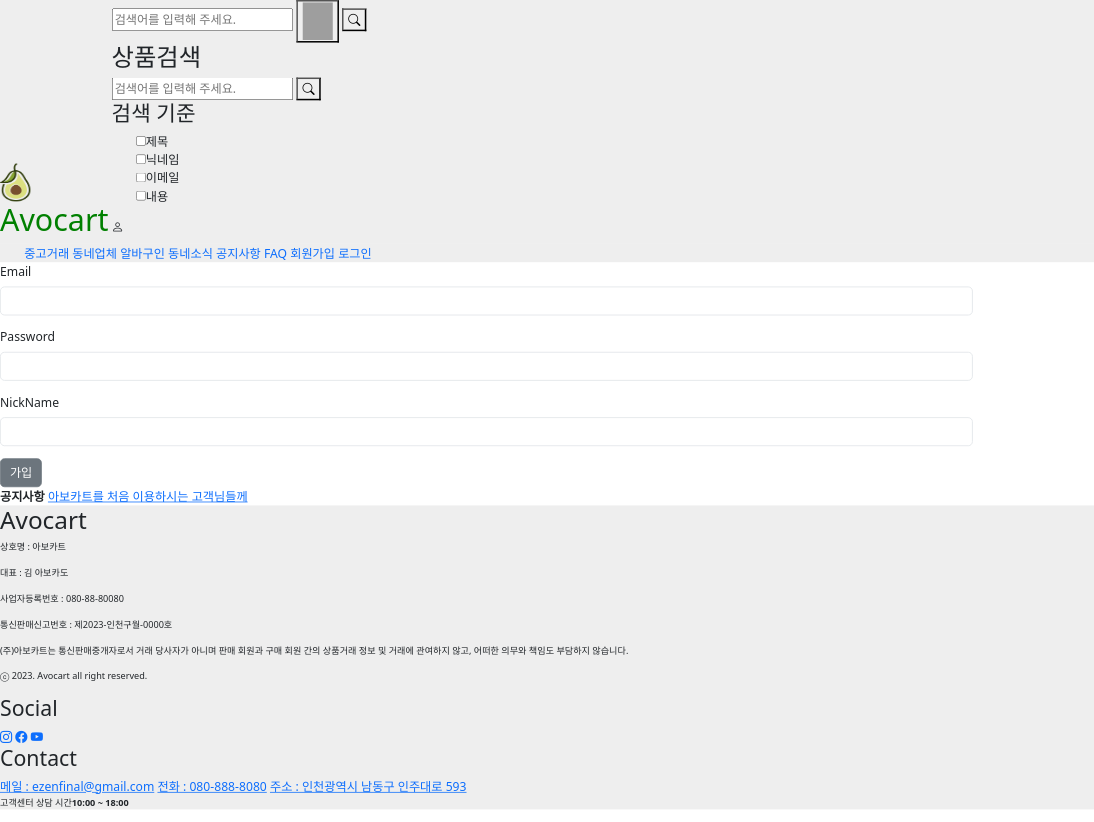
Repository: kimms0311/finalProject
Page: http://localhost/finalProject/WEB-INF/views/member/register.jsp
The author's editor kept a copy of each file at every save. The page is drawn from the files as they stood at one save, then again after the next save.
The browser window is 1280 px wide. The page is 1440 px wide, so the pictures cover 1440 px, including what lies to the right of the window. The pictures show the whole page, at 76% of full size.
Pictures or frames that could not be fetched are drawn as grey boxes. The page is served by Tomcat 9. Nobody is signed in. Other server files are loaded and not shown. The template is opened directly, without the code that normally fills it, so the values that code supplies are empty.

Above is the page before, as saved 2023-11-23 08:10:50.

### finalProject/src/main/webapp/WEB-INF/views/member/register.jsp
<%@ page language="java" contentType="text/html; charset=UTF-8"
    pageEncoding="UTF-8"%>
<%@ taglib uri="http://java.sun.com/jsp/jstl/core" prefix="c" %>
<!DOCTYPE html>
<html>
<head>
<meta charset="UTF-8">
<title>member register</title>
</head>
<body>
<jsp:include page="../common/header.jsp" />

<form action="/member/register" method="post">
	<div class="mb-3">
	  <label for="e" class="form-label">Email</label>
	  <input type="email" class="form-control" name="memEmail" id="e">
	</div>
	<div class="mb-3">
	  <label for="p" class="form-label">Password</label>
	  <input type="password" class="form-control" name="memPw" id="p">
	</div>
	<div class="mb-3">
	  <label for="n" class="form-label">NickName</label>
	  <input type="text" class="form-control" name="memNick" id="n">
	</div>

	<button type="submit" class="btn btn-secondary">가입</button>
</form>

<jsp:include page="../common/footer.jsp" />
</body>
</html>

### finalProject/src/main/webapp/WEB-INF/views/common/header.jsp
<%@ page language="java" contentType="text/html; charset=UTF-8"
    pageEncoding="UTF-8"%>
<%@ taglib uri="http://java.sun.com/jsp/jstl/core" prefix="c"%>
<%@ taglib uri="http://www.springframework.org/security/tags" prefix="sec" %>
<!DOCTYPE html>
<html>
<head>
<meta charset="UTF-8">
<title>Insert title here</title>
<link rel="stylesheet" href="../resources/css/page.css">
<link href="https://cdn.jsdelivr.net/npm/bootstrap@5.3.1/dist/css/bootstrap.min.css" rel="stylesheet" integrity="sha384-4bw+/aepP/YC94hEpVNVgiZdgIC5+VKNBQNGCHeKRQN+PtmoHDEXuppvnDJzQIu9" crossorigin="anonymous">
<script src="https://cdn.jsdelivr.net/npm/bootstrap@5.3.1/dist/js/bootstrap.bundle.min.js" integrity="sha384-HwwvtgBNo3bZJJLYd8oVXjrBZt8cqVSpeBNS5n7C8IVInixGAoxmnlMuBnhbgrkm" crossorigin="anonymous"></script>
<link rel="stylesheet" href="https://cdn.jsdelivr.net/npm/bootstrap-icons@1.10.5/font/bootstrap-icons.css">
</head>
<body>

<div class="headerContainer">
   <header>
      <div class="logoSec">
         <img alt="logo" src="../resources/image/avocartLogo.png">
         <h1><a href="/">Avocart</a></h1>
      </div>
      <div class="searchSec">
         <form action="/common/search" method="post">
            <input type="search" id="searchInput" placeholder="검색어를 입력해 주세요.">
            <button type="button"><img width="24" height="24" src="https://img.icons8.com/plumpy/24/macos-close.png" alt="macos-close"/></button>
            <button type="button" class="openMenu">
               <i class="bi bi-search"></i>
            </button>
            <div class="searchMenu off">
               <h2>상품검색</h2>
               <input type="search" id="keyword" name="keyword" placeholder="검색어를 입력해 주세요.">
               <button type="submit">
                  <i class="bi bi-search"></i>
               </button>
               <h3>검색 기준</h3>
               <ul>
                  <li><input type="checkbox" name="srcCondit" id="ck_title" value="title"><label for="ck_title">제목</label></li>
                  <li><input type="checkbox" name="srcCondit" id="ck_nickname" value="nickname"><label for="ck_nickname">닉네임</label></li>
                  <li><input type="checkbox" name="srcCondit" id="ck_email" value="email"><label for="ck_email">이메일</label></li>
                  <li><input type="checkbox" name="srcCondit" id="ck_content" value="content"><label for="ck_content">내용</label></li>
               </ul>
               <!-- <h3>게시판 선택</h3>
               <ul>
                  <li><input type="checkbox" name="srcCondit" id="title" value="title"><label for="title">제목</label></li>
                  <li><input type="checkbox" name="srcCondit" id="nickname" value="nickname"><label for="nickname">닉네임</label></li>
                  <li><input type="checkbox" name="srcCondit" id="email" value="email"><label for="email">이메일</label></li>
                  <li><input type="checkbox" name="srcCondit" id="content" value="content"><label for="content">내용</label></li>
               </ul> -->
               <!-- <button type="button" id="checkCondit">확인</button> -->
            </div>
         </form>
         <i id="my" class="bi bi-person"></i>
         <!-- 로그인 후 오픈되어야 할 메뉴 -->
         <sec:authorize access="isAuthenticated()">
           <sec:authentication property="principal.mvo.memEmail" var="authEmail" />
            <div id="myMenu" class="off">
               <ul>
                  <li><a href="/hmember/detail?memEmail=${authEmail }">마이페이지</a></li>
                  <li><a href="#" id="logoutLink">로그아웃</a></li>
                  <form action="/member/logout" method="post" id="logoutForm">
                       <input type="hidden" name="memEmail" value="${authEmail }">
                  </form>
               </ul>
            </div>
         </sec:authorize>
      </div>
   </header>
   <nav>
      <ul>
         <li><a href="/joongo/list">중고거래</a></li>
         <li><a href="/store/list">동네업체</a></li>
         <li><a href="/job/list">알바구인</a></li>
         <li><a href="/community/list">동네소식</a></li>
         <li><a href="#">공지사항</a></li>
         <li><a href="#">FAQ</a></li>

           <!-- 로그인 전 오픈되어야 할 메뉴 -->
         <sec:authorize access="isAnonymous()">
            <li><a href="/member/register">회원가입</a></li>
            <li><a href="/member/login">로그인</a></li>
         </sec:authorize>
      </ul>
   </nav>
</div>

<script type="text/javascript" src="/resources/js/header.js"></script>
</body>
</html>

### finalProject/src/main/webapp/WEB-INF/views/common/footer.jsp
<%@ page language="java" contentType="text/html; charset=UTF-8"
    pageEncoding="UTF-8"%>
<!DOCTYPE html>
<html>
<head>
<meta charset="UTF-8">
<title>Insert title here</title>
</head>
<body>
<footer>
	<section class="infoSec">
		<div>
			<b>공지사항</b>
			<a href="#">아보카트를 처음 이용하시는 고객님들께</a>
		</div>
	</section>
	<div class="footerContainer">
		<div class="mainSec">
			<h2>Avocart</h2>
			<p>상호명 : 아보카트</p>
			<p>대표 : 김 아보카도</p>
			<p>사업자등록번호 : 080-88-80080</p>
			<p>통신판매신고번호 : 제2023-인천구월-0000호</p>
			<p>(주)아보카트는 통신판매중개자로서 거래 당사자가 아니며 판매 회원과 구매 회원 간의 상품거래 정보 및 거래에 관여하지 않고, 어떠한 의무와 책임도 부담하지 않습니다.</p>
			<p>ⓒ 2023. Avocart all right reserved.</p>
		</div>
		<div class="socialSec">
			<h3>Social</h3>
			<a href="#"><i class="bi bi-instagram"></i></a>
			<a href="#"><i class="bi bi-facebook"></i></a>
			<a href="#"><i class="bi bi-youtube"></i></a>
		</div>
		<div class="contactSec">
			<h3>Contact</h3>
			<a href="mailto:ezenFinal@gmail.com">메일 : ezenfinal@gmail.com</a>
			<a href="tel:080-888-8080">전화 : 080-888-8080</a>
			<a href="https://kko.to/k2pByw0PdA" target="_blank">주소 : 인천광역시 남동구 인주대로 593</a>
			<p>고객센터 상담 시간<b>10:00 ~ 18:00</b></p>
		</div>
	</div>
</footer>
</body>
</html>

### finalProject/src/main/webapp/resources/css/page.css
@import url("reset.css");
@import url("global.css");

### finalProject/src/main/webapp/resources/css/global.css
.headerContainer{
}
header{
	width: 1440px;
	margin: 0 auto;
	background-color: #eeeeee;
}
header>*{
	display: inline-block;
}
header img{
	width: 40px;
	height: 50px;
}
header h1 a{
	text-decoration: none;
	color: green;
}
nav{
	width: 1440px;
	margin: 0 auto;
	background-color: #eeeeee;

}
nav ul{
	display: inline;
}
nav ul li{
	display: inline-block;
}
nav ul li a{
	text-decoration: none;

}


.bodyContainer{
	margin: 0 auto;
	width: 1440px;
}

footer .footerContainer{
	margin: 0 auto;
	width: 1440px;
	background-color: #eeeeee;

}

footer{
}
footer p{
	display: block;
	font-size: 12px;
}

Loaded but not shown: finalProject/src/main/webapp/resources/css/reset.css (common file); finalProject/src/main/webapp/resources/js/header.js (no copy from this time; the picture is the same without it)

After the next save:
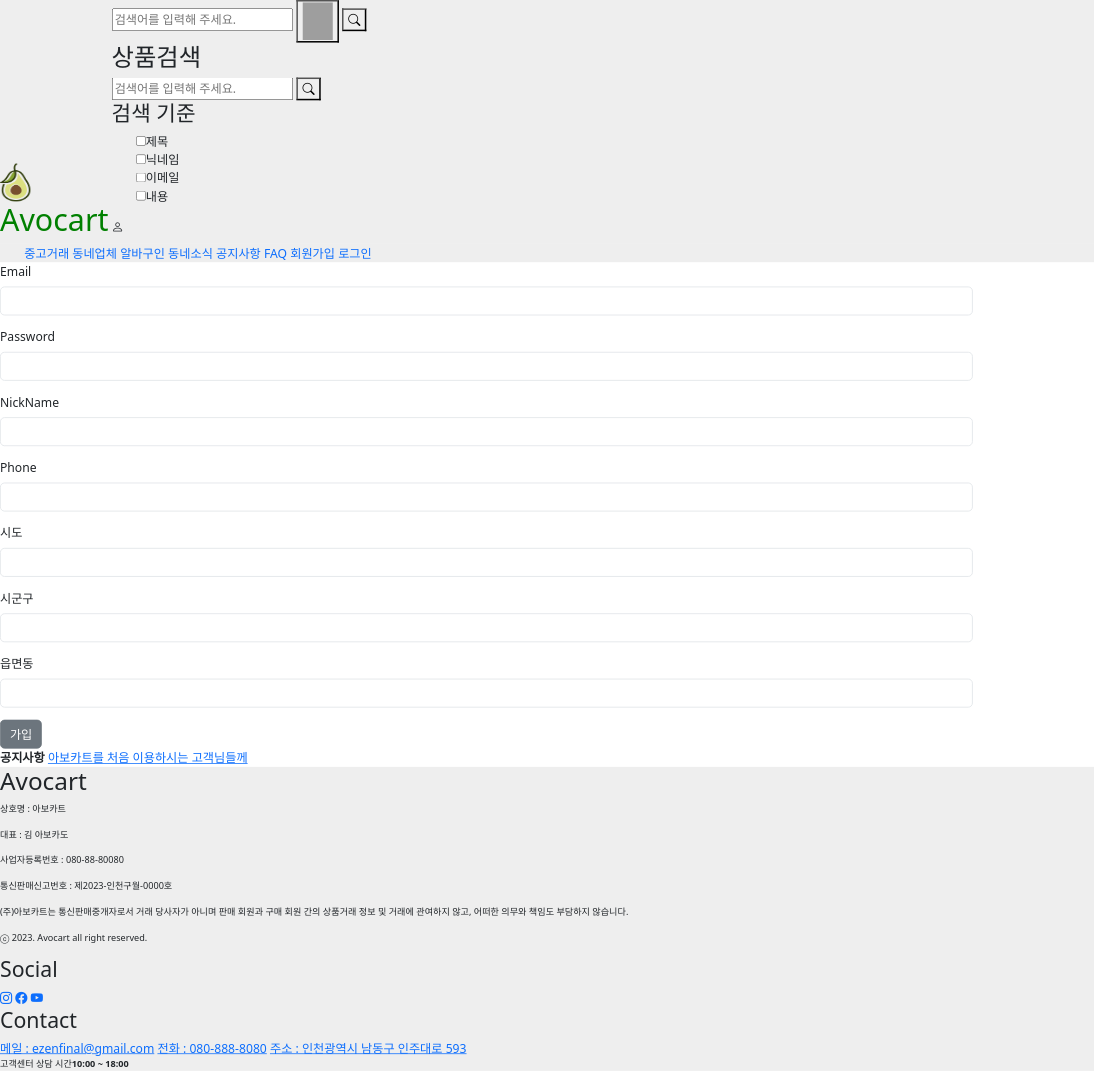
Saved 45 s later.
--- a/finalProject/src/main/webapp/WEB-INF/views/member/register.jsp
+++ b/finalProject/src/main/webapp/WEB-INF/views/member/register.jsp
@@ -23,6 +23,22 @@
 	  <label for="n" class="form-label">NickName</label>
 	  <input type="text" class="form-control" name="memNick" id="n">
 	</div>
+	<div class="mb-3">
+	  <label for="n" class="form-label">Phone</label>
+	  <input type="text" class="form-control" name="memNick" id="n">
+	</div>
+	<div class="mb-3">
+	  <label for="n" class="form-label">시도</label>
+	  <input type="text" class="form-control" name="memNick" id="n">
+	</div>
+	<div class="mb-3">
+	  <label for="n" class="form-label">시군구</label>
+	  <input type="text" class="form-control" name="memNick" id="n">
+	</div>
+	<div class="mb-3">
+	  <label for="n" class="form-label">읍면동</label>
+	  <input type="text" class="form-control" name="memNick" id="n">
+	</div>
 
 	<button type="submit" class="btn btn-secondary">가입</button>
 </form>
